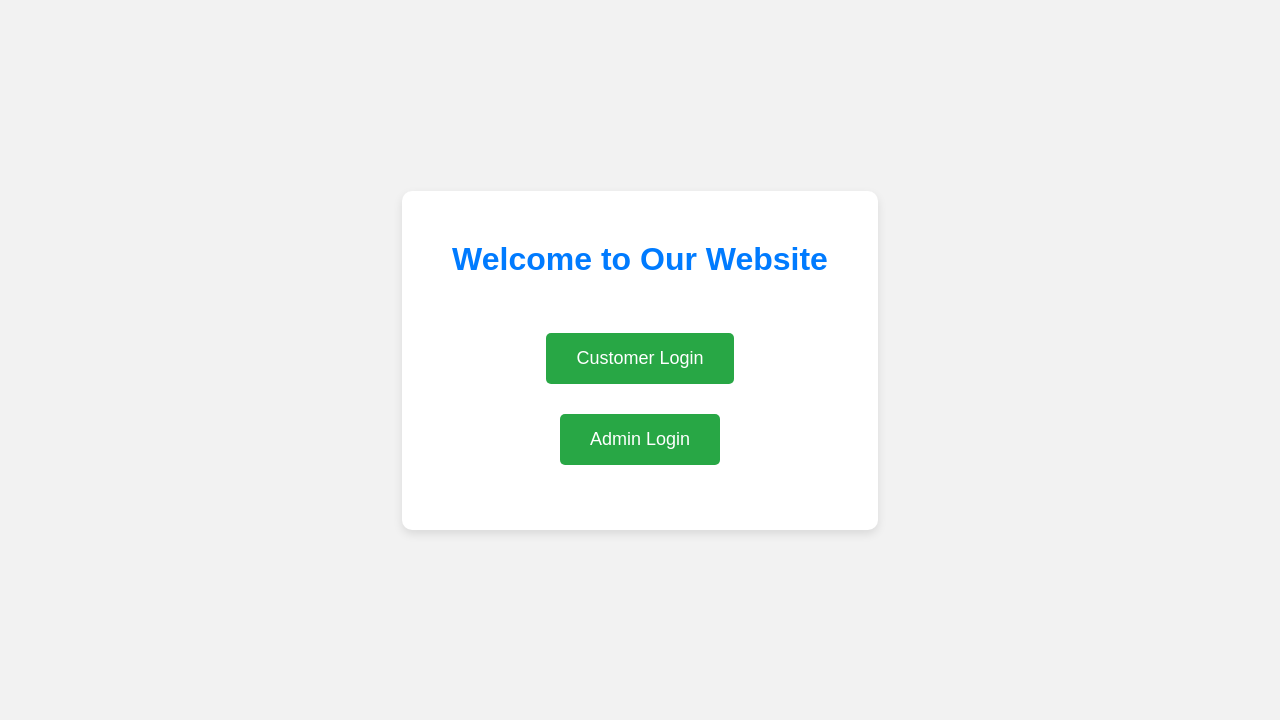
Repository: Purnima-Kushwah11/Online-Product-Management-System
Page: Application1CompleteDatabase/src/main/webapp/home.html
The author's editor kept a copy of each file at every save. The page is drawn from the files as they stood at one save, then again after the next save.
The browser window is 1280 px wide. The pictures show the whole page.

Above is the page before, as saved 2025-02-20 14:21:45.

After the next save:
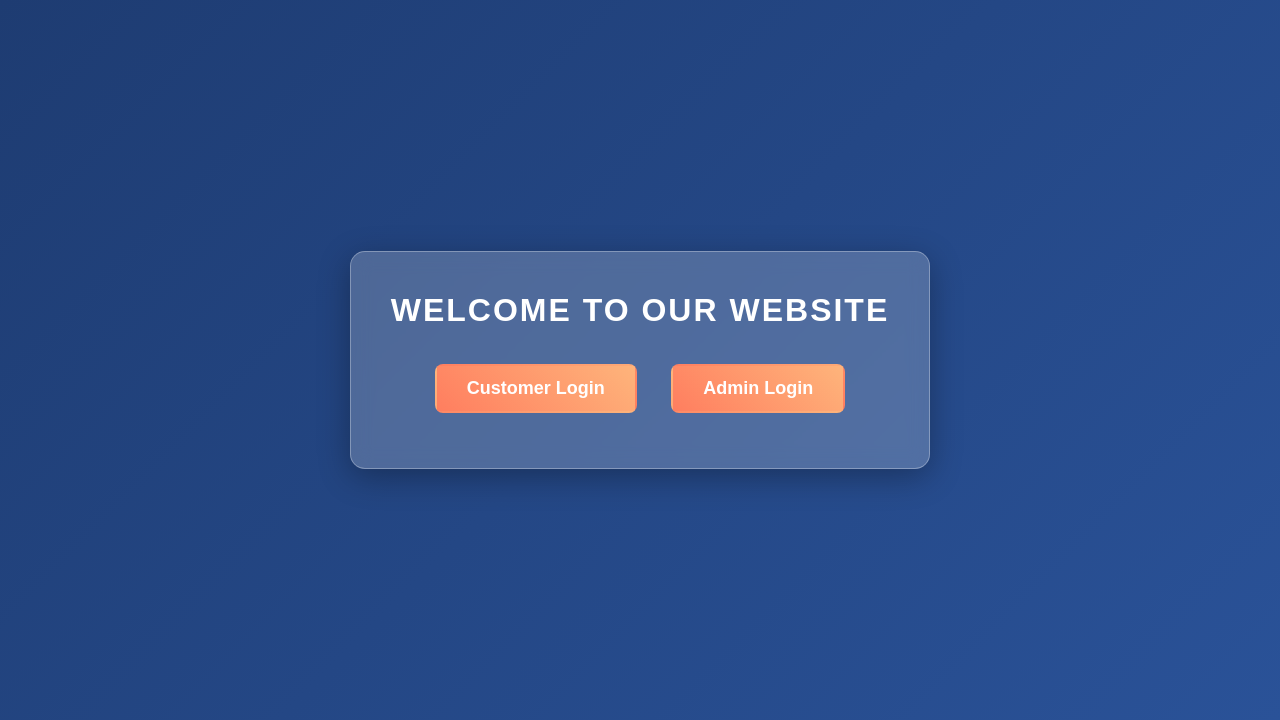
Saved 72 min 38 s later.
--- a/Application1CompleteDatabase/src/main/webapp/home.html
+++ b/Application1CompleteDatabase/src/main/webapp/home.html
@@ -10,49 +10,70 @@
             margin: 0;
             padding: 0;
             box-sizing: border-box;
+            font-family: Arial, sans-serif;
         }
 
-        /* Body styling */
+        /* Gradient background */
         body {
-            font-family: Arial, sans-serif;
-            background-color: #f2f2f2;
+            height: 100vh;
             display: flex;
             justify-content: center;
             align-items: center;
-            height: 100vh;
-            margin: 0;
+            background: linear-gradient(135deg, #1e3c72, #2a5298);
+            animation: fadeIn 1s ease-in-out;
         }
 
-        /* Container for links */
+        /* Glassmorphism container */
         .container {
-            background-color: #ffffff;
-            border-radius: 10px;
-            padding: 50px;
-            box-shadow: 0 4px 10px rgba(0, 0, 0, 0.1);
+            background: rgba(255, 255, 255, 0.2);
+            border-radius: 15px;
+            padding: 40px;
             text-align: center;
+            box-shadow: 0 8px 32px rgba(0, 0, 0, 0.3);
+            backdrop-filter: blur(10px);
+            border: 1px solid rgba(255, 255, 255, 0.3);
+            animation: slideUp 1s ease-in-out;
         }
 
+        /* Heading */
         h1 {
-            color: #007bff;
-            margin-bottom: 40px;
+            color: #ffffff;
+            margin-bottom: 20px;
             font-size: 2rem;
+            text-transform: uppercase;
+            letter-spacing: 2px;
         }
 
-        /* Link styling */
+        /* Stylish buttons */
         a {
             display: inline-block;
             margin: 15px;
-            padding: 15px 30px;
-            background-color: #28a745;
+            padding: 12px 30px;
+            background: linear-gradient(45deg, #ff7e5f, #feb47b);
             color: white;
             text-decoration: none;
-            border-radius: 5px;
+            border-radius: 8px;
             font-size: 18px;
-            transition: background-color 0.3s;
+            font-weight: bold;
+            transition: transform 0.3s, box-shadow 0.3s;
+            border: 2px solid transparent;
         }
 
         a:hover {
-            background-color: #218838;
+            transform: translateY(-3px);
+            box-shadow: 0 4px 15px rgba(255, 126, 95, 0.3);
+            border: 2px solid #fff;
+        }
+
+        /* Animations */
+        @keyframes fadeIn {
+            from { opacity: 0; }
+            to { opacity: 1; }
+        }
+
+        @keyframes slideUp {
+            from { transform: translateY(50px); opacity: 0; }
+            to { transform: translateY(0); opacity: 1; }
         }
 
         /* Responsive design */
@@ -67,7 +88,7 @@
 
             a {
                 font-size: 16px;
-                padding: 12px 25px;
+                padding: 10px 25px;
             }
         }
     </style>
@@ -76,9 +97,20 @@
 
     <div class="container">
         <h1>Welcome to Our Website</h1>
-        <a href="CustomerLogin.html">Customer Login</a><br>
+        <a href="CustomerLogin.html">Customer Login</a>
         <a href="AdminLogin.html">Admin Login</a>
     </div>
 
+    <script>
+        // Smooth fade-in effect on page load
+        document.addEventListener("DOMContentLoaded", function() {
+            document.body.style.opacity = "0";
+            setTimeout(() => {
+                document.body.style.transition = "opacity 1s ease-in-out";
+                document.body.style.opacity = "1";
+            }, 100);
+        });
+    </script>
+
 </body>
 </html>
